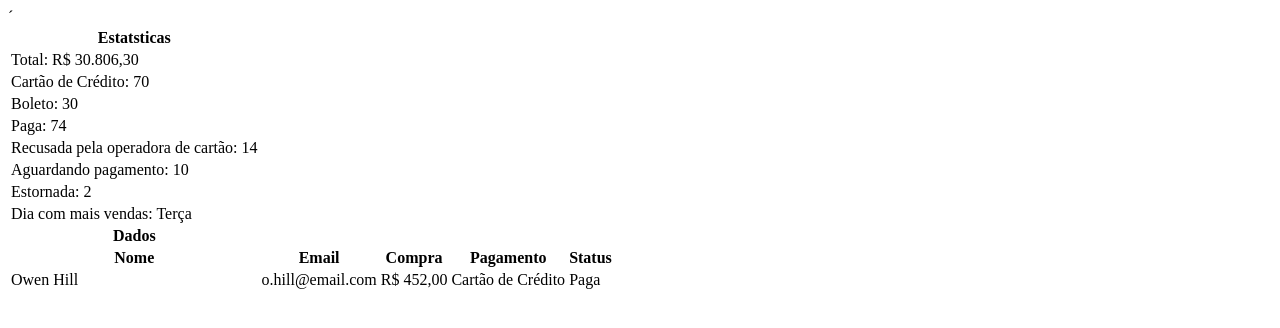
Repository: lucasleitedosreis/exercicios-praticando-typescript
Page: index.html
An editor plug-in stored every save of this project. The page is shown before and after the next save, followed by the edit.
The browser window is 1280 px wide. The pictures show the whole page.
The page's requests for data from a server got no answer.

Above is the page before, as saved 2023-04-13 13:45:42.

After the next save:
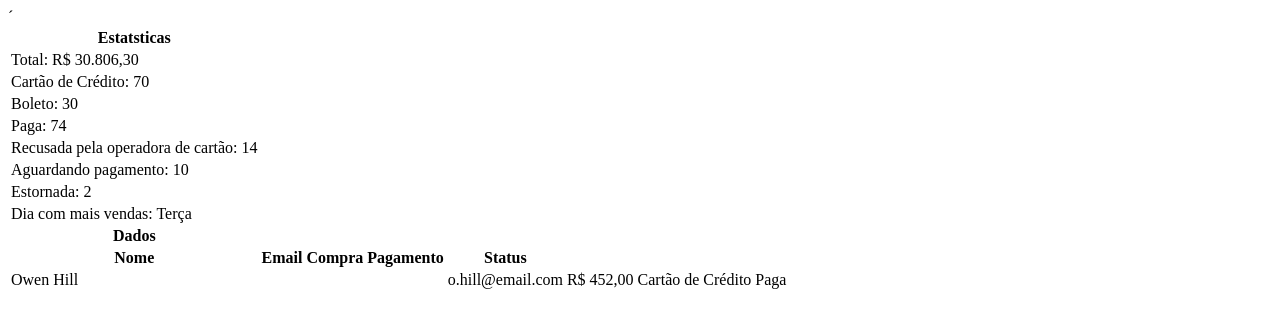
Saved 85 s later.
--- a/index.html
+++ b/index.html
@@ -56,11 +56,11 @@
                 <th id="status">Status</th>
             </tr>
             <tr>
-                <td>Owen Hill</td>
-                <td>o.hill@email.com</td>
-                <td>R$ 452,00</td>
-                <td>Cartão de Crédito</td>
-                <td>Paga</td>
+                <td colspan="4">Owen Hill</td>
+                <td colspan="4">o.hill@email.com</td>
+                <td colspan="4">R$ 452,00</td>
+                <td colspan="4">Cartão de Crédito</td>
+                <td colspan="4">Paga</td>
             </tr>
         </tbody>
 
